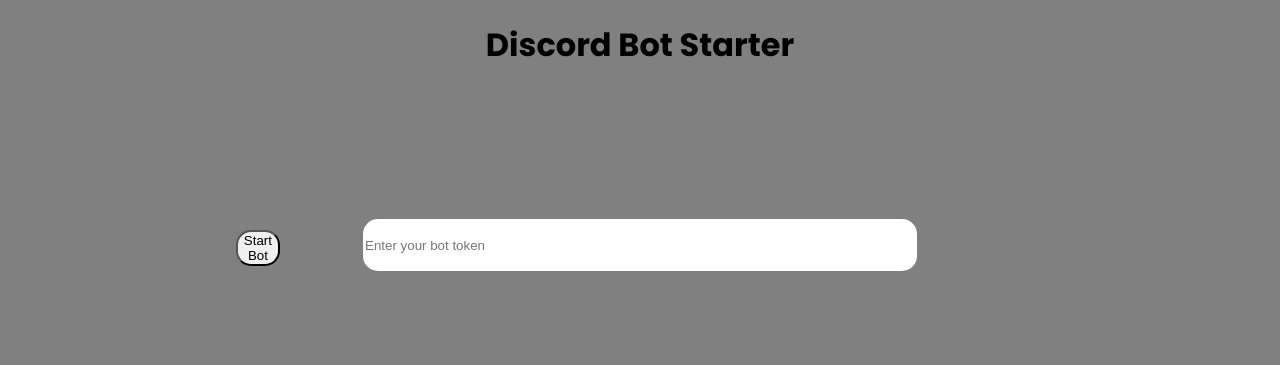
Repository: ranger2202/discord-bot-panel
Page: ranger-bot-runner/app/templates/landing.html
The author's editor kept a copy of each file at every save. The page is drawn from the files as they stood at one save, then again after the next save.
The browser window is 1280 px wide. The pictures show the whole page.

Above is the page before, as saved 2023-12-30 12:06:12.

After the next save:
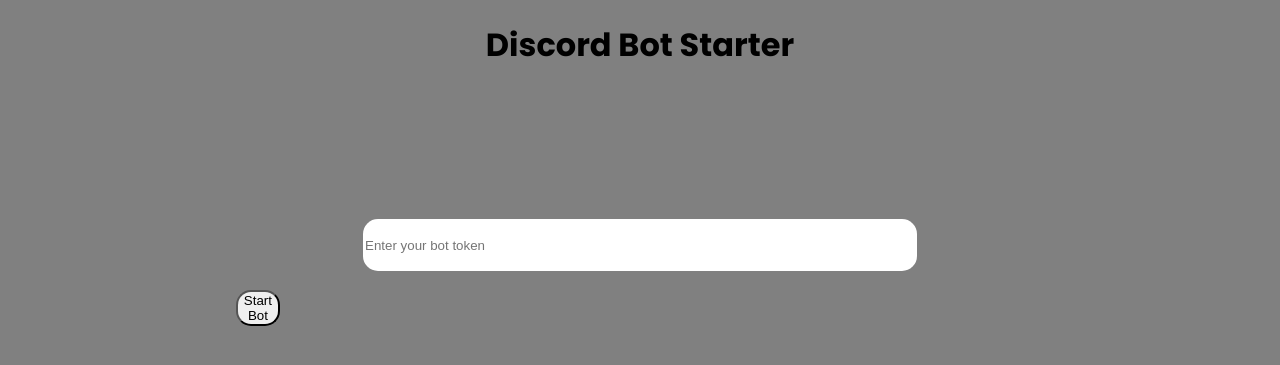
Saved 6 s later.
--- a/ranger-bot-runner/app/static/landing.css
+++ b/ranger-bot-runner/app/static/landing.css
@@ -10,7 +10,7 @@
     justify-content: center;
     position: absolute;
     right: 500px;
-    top: 115px;
+    top: 145px;
 }
 .start-button button{
     border-radius: 15px;
